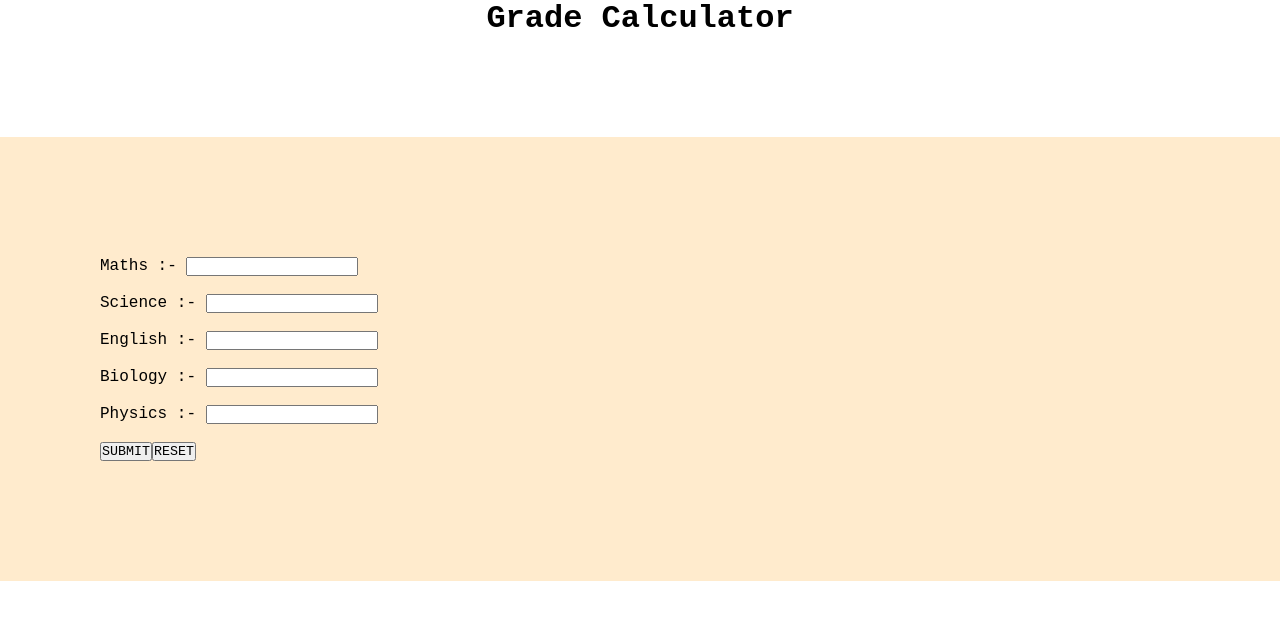
Repository: neelpatel6262/task-manager
Page: index.html
The author's editor kept a copy of each file at every save. The page is drawn from the files as they stood at one save, then again after the next save.
The browser window is 1280 px wide. The pictures show the whole page.
Some web fonts or font styles are not loaded; a fallback is used.

Above is the page before, as saved 2025-07-17 15:59:50.

After the next save:
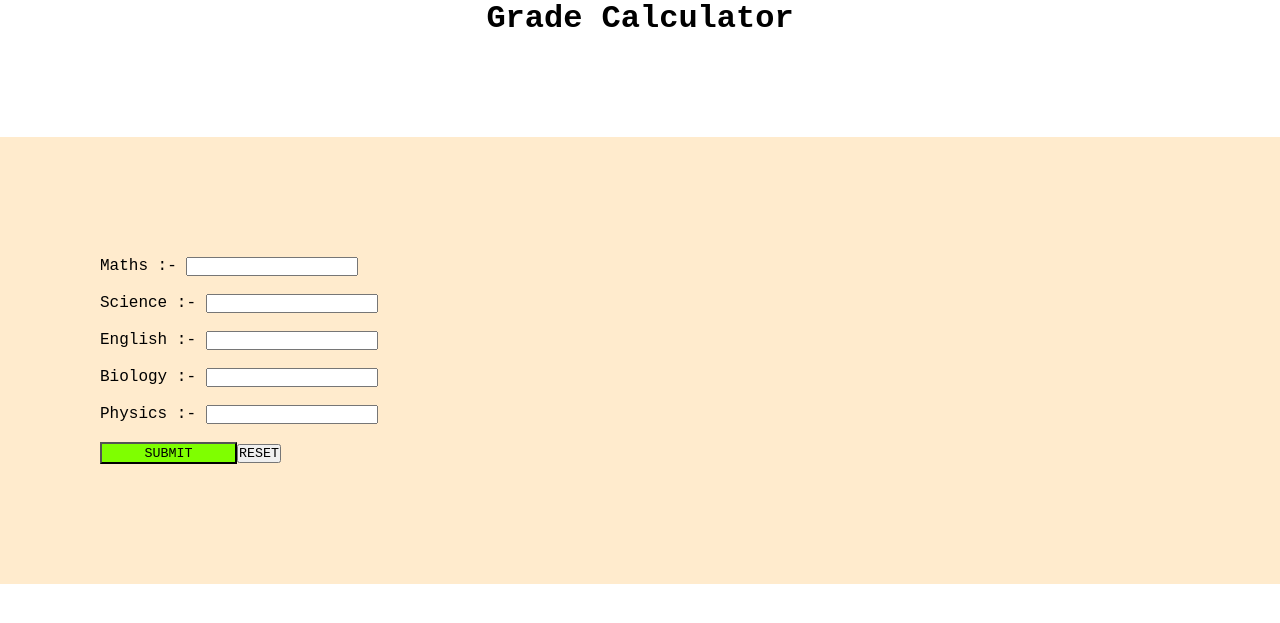
Saved 43 s later.
--- a/style.css
+++ b/style.css
@@ -22,3 +22,9 @@
    display: flex;
    align-items: center;
 }
+
+.primary{
+  background-color: chartreuse;
+  width: 137px;
+  height: 22px;
+}
